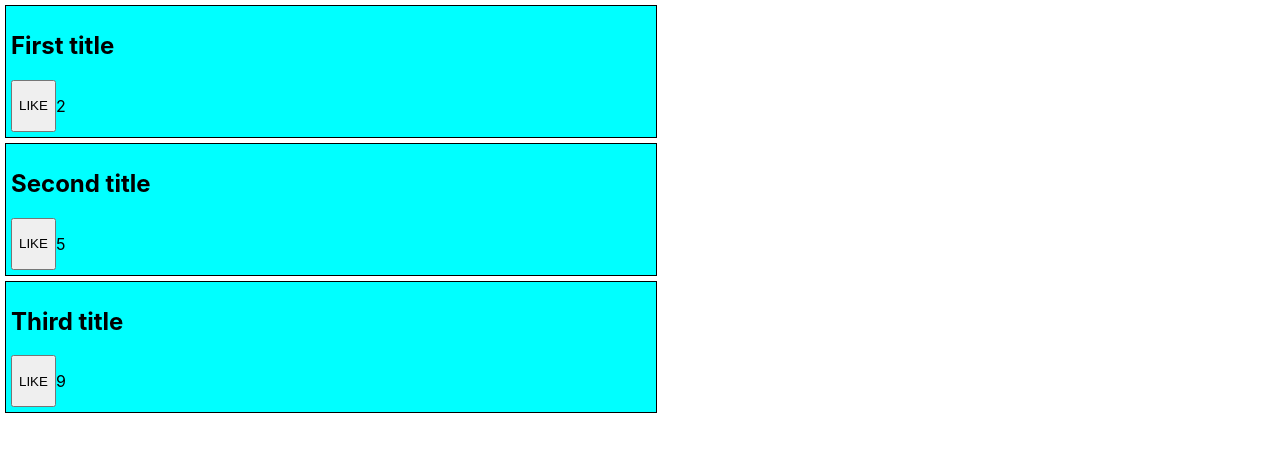
Repository: asapvtec98/egzamin
Page: /
The author's editor kept a copy of each file at every save. The page is drawn from the files as they stood at one save, then again after the next save.
The browser window is 1280 px wide. The pictures show the whole page.
The project was rebuilt for these pictures with package versions that can differ from the ones it lists, and the page was loaded fresh each time.

Above is the page before, as saved 2023-11-14 09:34:15.

After the next save:
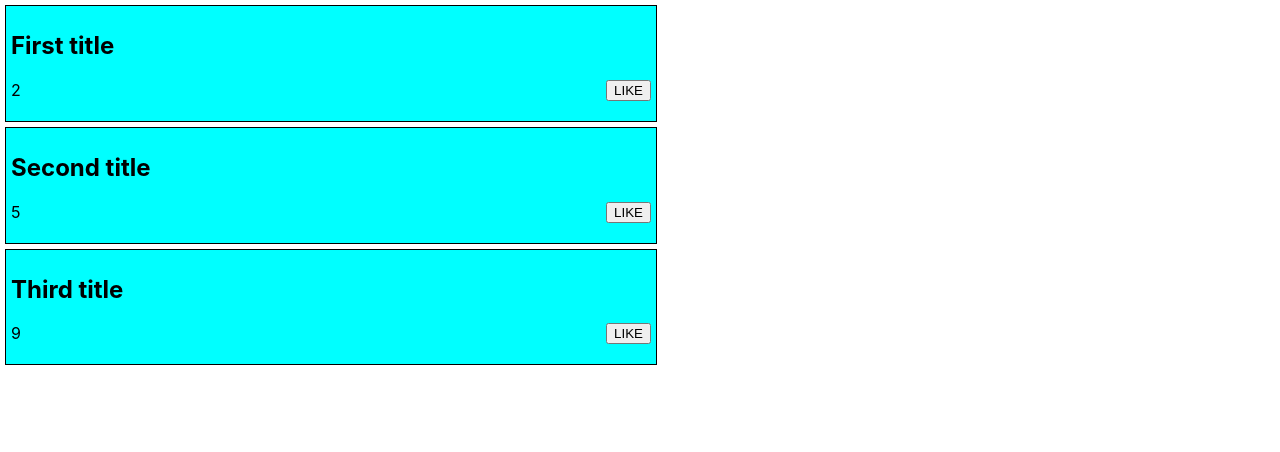
Saved 18 s later.
--- a/src/components/Comment.css
+++ b/src/components/Comment.css
@@ -7,5 +7,7 @@
 }
 
 .likes_section {
-    display: flex;
+    button {
+        float: right;
+    }
 }
